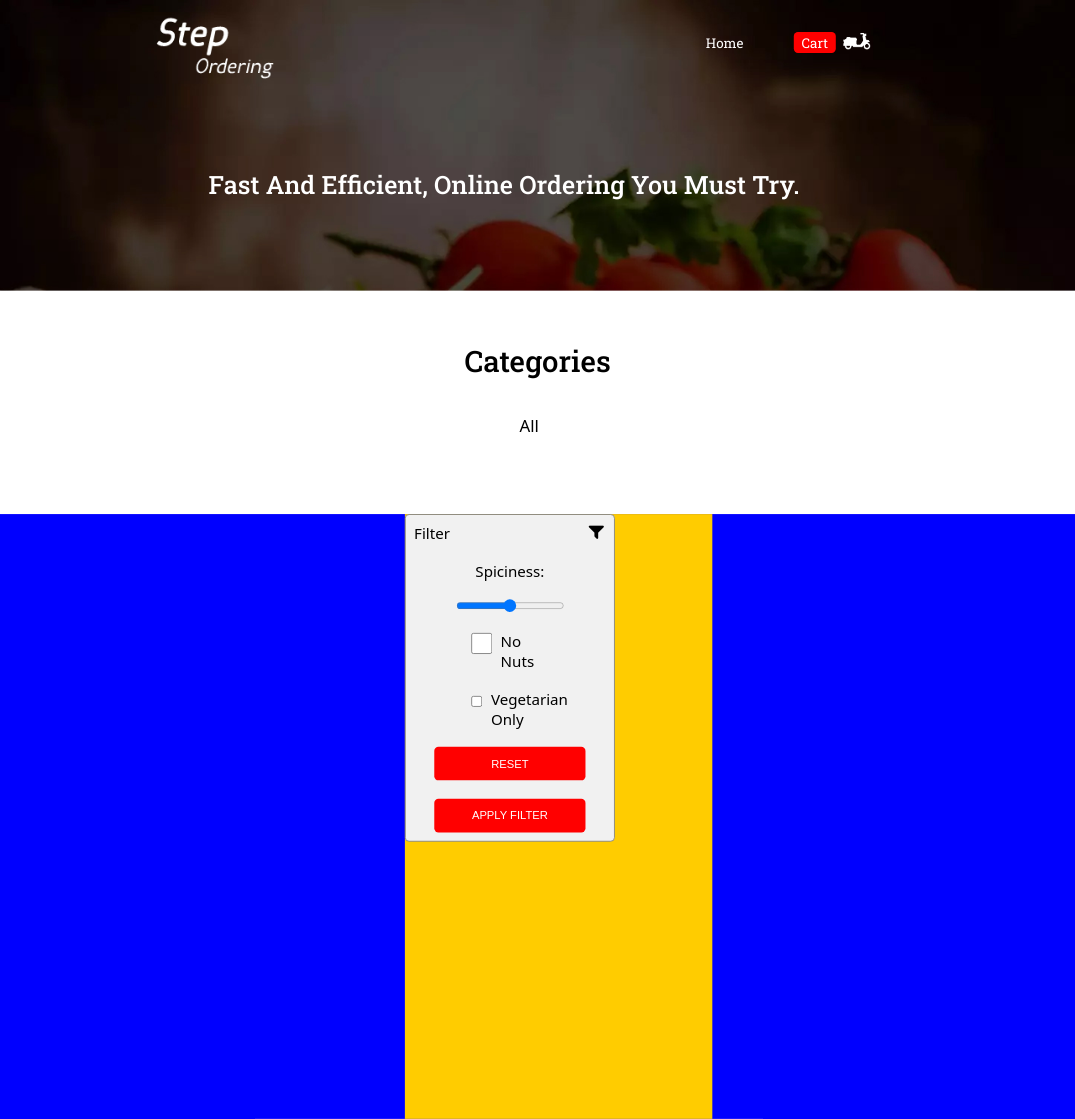
Repository: anastasia29-step/Online-Restaurant
Page: index.html
The author's editor kept a copy of each file at every save. The page is drawn from the files as they stood at one save, then again after the next save.
The browser window is 1280 px wide. The pictures show the whole page, at 84% of full size.
Some web libraries are served in a nearby version.

Above is the page before, as saved 2026-03-10 15:27:36.
Not found: app.js/

### index.html
<!DOCTYPE html>
<html lang="en">

<head>
    <meta charset="UTF-8">
    <meta name="viewport" content="width=device-width, initial-scale=1.0">
    <title>Document</title>
    <link rel="stylesheet" href="style.css">
    <link rel="preconnect" href="https://fonts.googleapis.com">
    <link rel="preconnect" href="https://fonts.gstatic.com" crossorigin>
    <link href="https://fonts.googleapis.com/css2?family=Roboto+Slab:wght@100..900&display=swap" rel="stylesheet">
    <link rel="stylesheet" href="https://cdnjs.cloudflare.com/ajax/libs/font-awesome/7.0.1/css/all.min.css"
        integrity="sha512-2SwdPD6INVrV/lHTZbO2nodKhrnDdJK9/kg2XD1r9uGqPo1cUbujc+IYdlYdEErWNu69gVcYgdxlmVmzTWnetw=="
        crossorigin="anonymous" referrerpolicy="no-referrer" />
</head>

<body>

    <section class="FirstLine">

    <div class="beside" id="navbar">
        <div class="left">
            <a href="./index.html"><img src="./photo/logo.png" alt=""></a>
        </div>

        <div class="right">
            <a href="./index.html">Home</a>
            <a href="./Cart.html" class="a">Cart</a>
            <a href="./Cart.html">
            <img src="./photo/istockphoto-609074524-612x612 Background Removed.png" alt=""></a>
        </div>
    </div>

    <div class="bottom">
        <h1>Fast And Efficient, Online Ordering You Must Try.</h1>
    </div>

</section>
    <section class="section">
        <h1>Categories</h1>
        <ul>
            <li onclick="showAll()">All</li>
        </ul>
    </section>
    <form class="sectionCard">
        <div class="leftSide">
            <div class="filteredCard">
                <div class="first">
                    <p>Filter</p>
                    <i class="fa-solid fa-filter"></i>
                </div>
                <p>Spiciness:</p>
                <input type="range">
                <div class="next">
                    <input type="checkbox">
                    <p>No Nuts</p>
                </div>
                <div class="next">
                    <input type="checkbox">
                    <p>Vegetarian Only</p>
                </div>
                <button class="reset" onclick="reset()">RESET</button>
                <button class="apply" onclick="apply()">APPLY FILTER</button>
            </div>
        </div>
        <div class="rightSide">

        </div>
    </form>




    <script src="app.js\"></script>
</body>

</html>

### style.css
* {
    margin: 0;
    padding: 0;
    box-sizing: border-box;
}

.section {
    display: flex;
    flex-direction: column;
    justify-content: center;
    align-items: center;
    padding: 60px;
    gap: 10px;
}

.section h1 {
    font-style: bold;
    font-family: "Roboto Slab", serif;
    font-weight: 900;
}

ul {
    display: flex !important;
    justify-content: center;
    height: 90px;
    width: 1110px;
    flex-wrap: wrap;
    list-style: none;
    gap: 20px;
    font-family: system-ui, -apple-system, BlinkMacSystemFont, 'Segoe UI', Roboto, Oxygen, Ubuntu, Cantarell, 'Open Sans', 'Helvetica Neue', sans-serif;
    border-bottom: 3px wavy red;
    align-items: center;
}

ul::after {
    content: "";
    display: block;
    height: 6px;
    background-image: url("border.png");
    background-repeat: repeat-x;
    background-position: bottom;
}

.FirstLine {
    height: 48vh;
    background-image: url(./photo/inner_banner.jpg);
    background-position: center;
    background-repeat: no-repeat;
    background-size: cover;
    padding-left: 170px;
    padding-top: 20px;
}

.beside{
    position: fixed;
    top:0;
    left:0;
    width:100%;
    display:flex;
    justify-content:space-between;
    padding:20px 170px;
    transition:0.3s;
    z-index:1000;
}

.beside.active {
    backdrop-filter: blur(10px);
    background: rgba(0,0,0,0.5);
    position: relative;
}

.beside.active::after {
    content:"";
    position:absolute;
    bottom:0;
    left:0;
    width:100%;
    height:6px;
    background-image:url("photo/border.png");
    background-repeat:repeat-x;
}

.beside .right {
    display: flex;
    gap: 20px;
    padding-right: 60px;
    padding-top: 20px;
}

.FirstLine.right:nth-child(1):hover {
    color: #FFCC00;
}

.beside .right a {
    text-decoration: none;
    color: white;
    font-family: "Roboto Slab", serif;
}

.beside .right .a {
    background-color: red;
    width: 50px;
    height: 25px;
    padding-top: 2px;
    text-align: center;
    border-radius: 5px;
    margin-top: -2px;
    margin-left: 40px;
}

.beside .right .a:hover+a img {
    transform: translateX(50px);
}

.beside .right img {
    width: 60px;
    margin-top: -21px;
    margin-left: -25px;
    transition: transform 3.0s;
}

.FirstLine .bottom h1 {
    text-align: center;
    color: white;
    margin-top: 180px;
    margin-right: 250px;
    font-size: 30px;
    font-weight: 500;
    font-family: "Roboto Slab", serif;
}

.section h1 {
    font-weight: 500;
    font-size: 35px;
}

ul li {
    height: 100%;
    font-size: 20px;
    cursor: pointer;
    transition: 0.3s;
    display: flex;
    justify-content: center;
    align-items: center;

}

ul li:hover {
    background-color: red;
    color: white;

}

.sectionCard {
    display: flex;
    width: 100%;
    height: 100vh;
    padding-left: 60px;
    gap: 10px;
    justify-content: center;
    background-color: blue;
}
.leftSide{
    width: 30%;
    background-color: #FFCC00;
}
.filteredCard {
    width: 250px;
    height: 390px;
    display: flex;
    flex-direction: column;
    justify-content: space-between;
    align-items: center;
    padding: 10px;
    background-color: #F1F1F1;
    border: 1px solid grey;
    border-radius: 5px;
    font-family: system-ui, -apple-system, BlinkMacSystemFont, 'Segoe UI', Roboto, Oxygen, Ubuntu, Cantarell, 'Open Sans', 'Helvetica Neue', sans-serif;
    font-size: 18px;
}

.first {
    display: flex;
    width: 100%;
    justify-content: space-between;
}

.next {
    display: flex;
    width: 40%;
    gap: 10px;
    justify-content: flex-start;
}

.next input {
    width: 30px;
    height: 30px;
}

.filteredCard button {
    height: 40px;
    width: 180px;
    background-color: red;
    color: white;
    border: none;
    border-radius: 5px;
    cursor: pointer;
    transition: 0.5s;
}

.filteredCard button:hover {
    background-color: #FFCC00;
}

.rightSide {
    display: flex;
    justify-content: center;
    flex-wrap: wrap;
    gap: 30px;
}

.card {
    width: 270px;
    height: 420px;
    display: flex;
    flex-direction: column;
    align-items: center;
    justify-content: space-between;
    padding-bottom: 15px;
    border: 1px solid grey;
    border-radius: 17px;
}

.card img {
    width: 100%;
    height: 200px;
    object-fit: cover;
    border-top-left-radius: 17px;
    border-top-right-radius: 17px;
    background-color:#CFCFCF;
}
.card h1{
    font-size: 20px;
    font-family: system-ui, -apple-system, BlinkMacSystemFont, 'Segoe UI', Roboto, Oxygen, Ubuntu, Cantarell, 'Open Sans', 'Helvetica Neue', sans-serif;
}
.sides {
    display: flex;
    justify-content: center;
    gap: 7px;
}

.checks {
    display: flex;
    gap: 3px;
}

.card .bottom {
    width: 100%;
    padding: 10px;
    display: flex;
    justify-content: space-between;
    align-items: center;
}

.card .bottom button {
    height: 40px;
    width: 120px;
    display: flex;
    justify-content: center;
    align-items: center;
    border: 1px solid black;
}

After the next save:
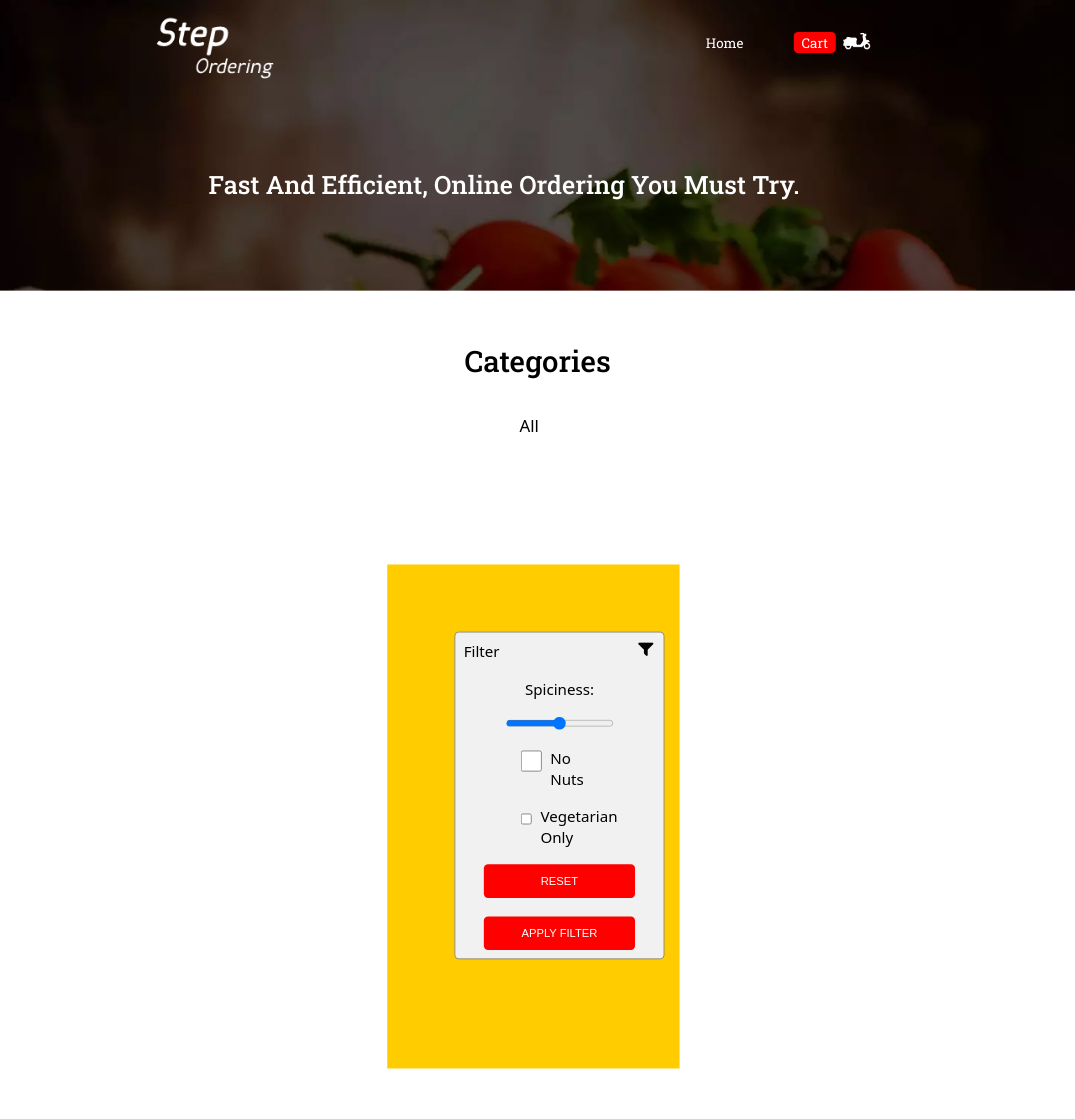
Saved 78 s later.
--- a/style.css
+++ b/style.css
@@ -87,7 +87,7 @@ ul::after {
     padding-top: 20px;
 }
 
-.FirstLine.right:nth-child(1):hover {
+.FirstLine .right:nth-child(1):hover {
     color: #FFCC00;
 }
 
@@ -155,13 +155,13 @@ ul li:hover {
     display: flex;
     width: 100%;
     height: 100vh;
-    padding-left: 60px;
+    padding: 60px;
     gap: 10px;
     justify-content: center;
-    background-color: blue;
 }
 .leftSide{
     width: 30%;
+    padding: 80px;
     background-color: #FFCC00;
 }
 .filteredCard {
@@ -217,6 +217,7 @@ ul li:hover {
     justify-content: center;
     flex-wrap: wrap;
     gap: 30px;
+    background-color: red;
 }
 
 .card {
